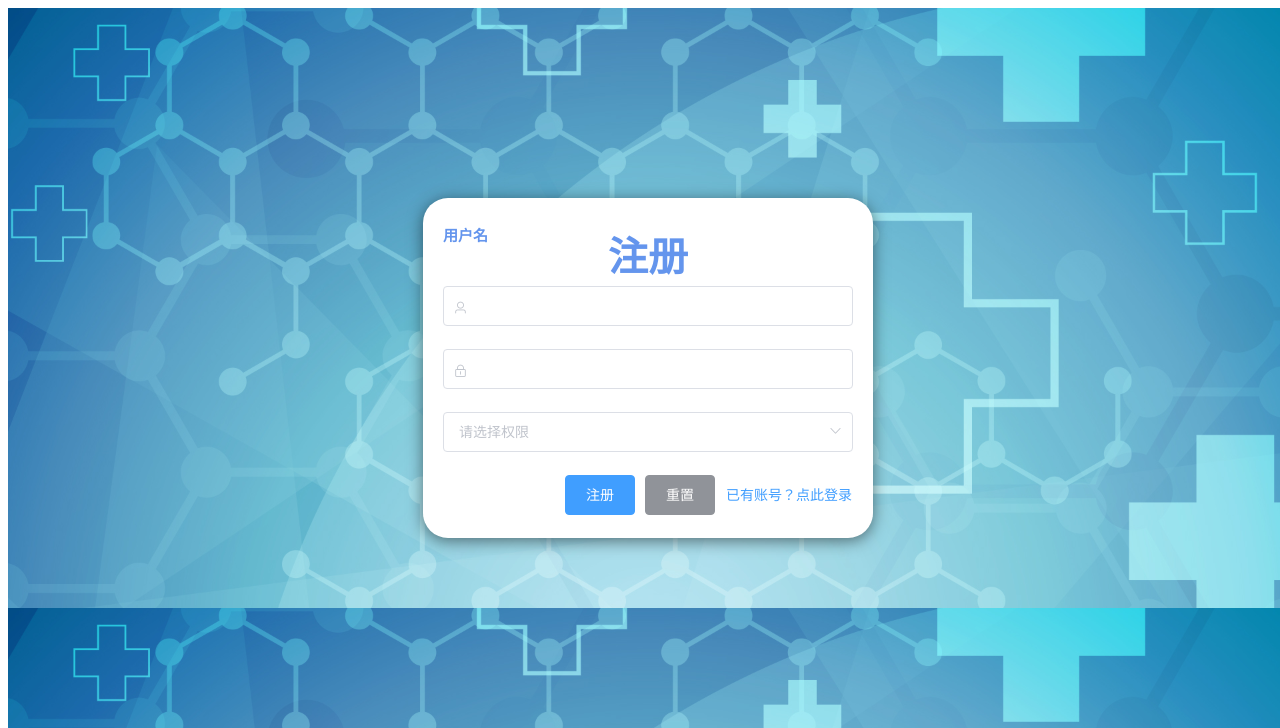
Repository: ShaoCHis/WEB-SOA-frontEnd
Page: /#/register
An editor plug-in stored every save of this project. The page is shown before and after the next save, followed by the edit.
The browser window is 1280 px wide. The pictures show the whole page.
The project was rebuilt for these pictures with package versions that can differ from the ones it lists, and the page was loaded fresh each time. Also part of the build but not shown: src/components/Login.vue, src/components/test.vue, src/components/test2.vue, src/components/Admin/ManagePage.vue, src/components/Hospital/HMainPage.vue, src/components/Patient/MainPage.vue.

Above is the page before, as saved 2021-11-16 18:41:40.

After the next save:
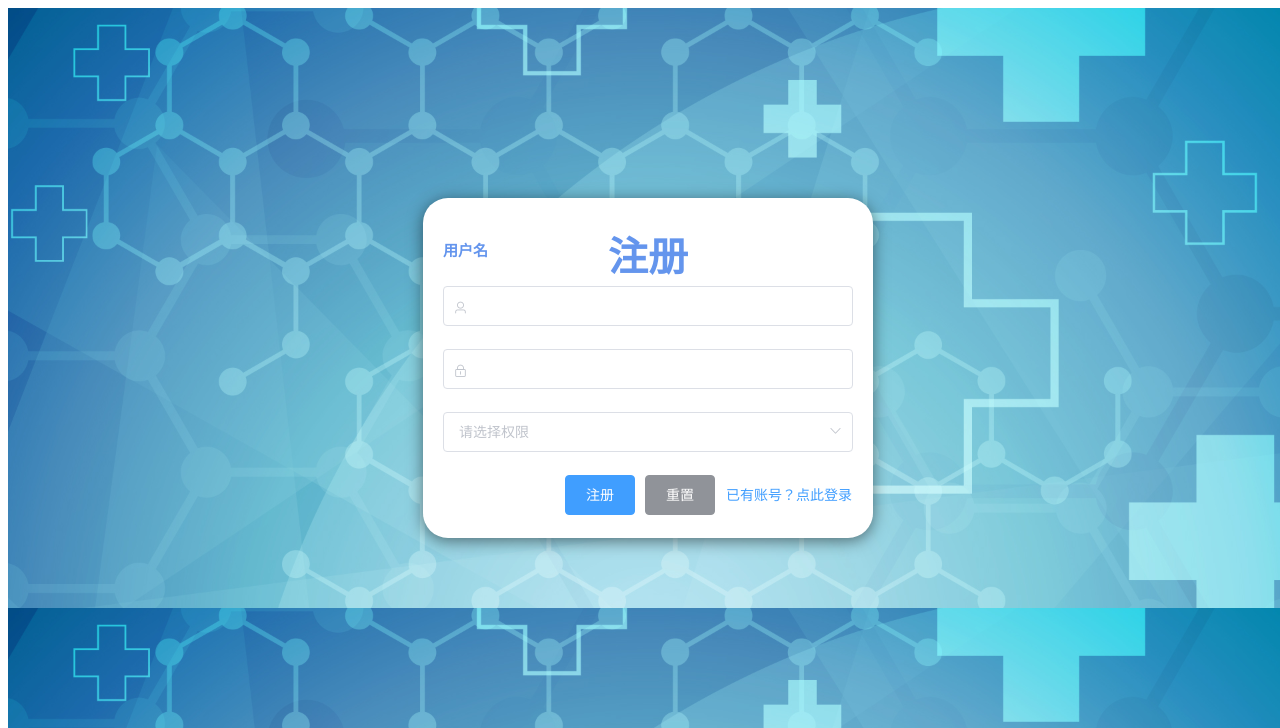
Saved 7 s later.
--- a/src/components/Register.vue
+++ b/src/components/Register.vue
@@ -162,7 +162,7 @@ export default {
     font-weight: bold;
     //text-align: center;
     margin-top: 10%;
-    margin-bottom: 30px;
+    //margin-bottom: 30px;
 }
 
 .btns{
